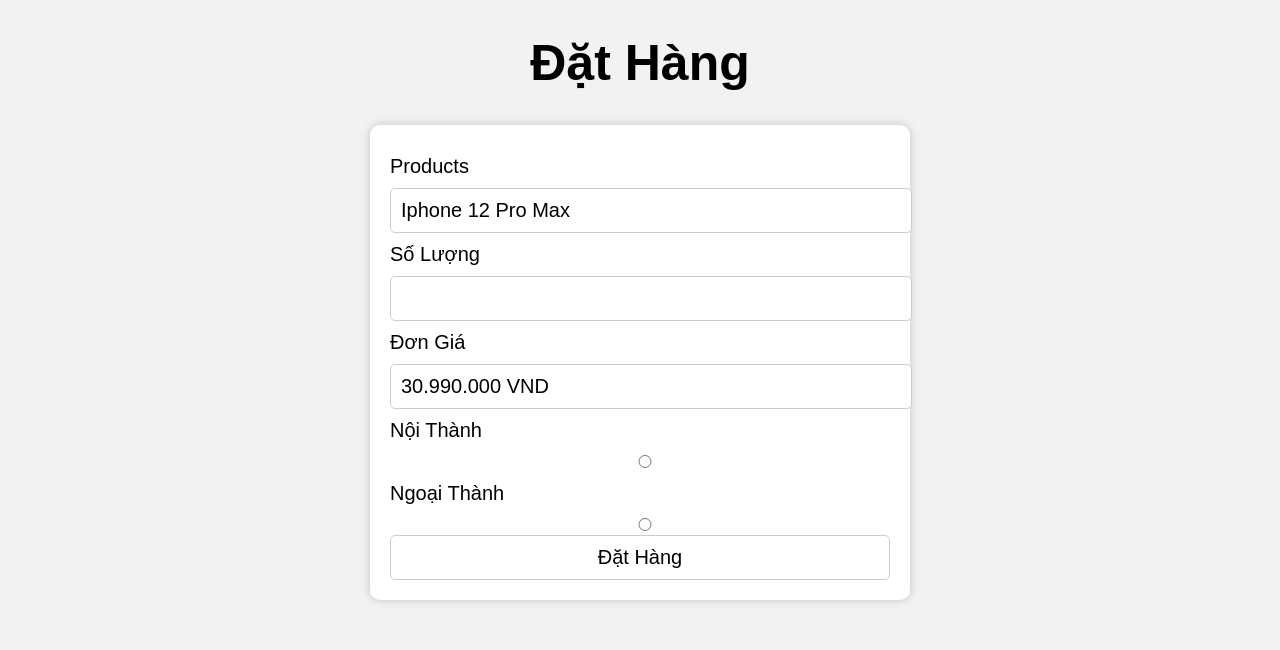
Repository: hisu87/WEB1043-JS
Page: Lab-Done-JS/Lab-7/html/Oder.html
The author's editor kept a copy of each file at every save. The page is drawn from the files as they stood at one save, then again after the next save.
The browser window is 1280 px wide. The pictures show the whole page.

Above is the page before, as saved 2023-04-08 13:09:49.

### Lab-Done-JS/Lab-7/html/Oder.html
<!DOCTYPE html>
<html lang="en">

<head>
    <meta charset="UTF-8">
    <meta http-equiv="X-UA-Compatible" content="IE=edge">
    <meta name="viewport" content="width=device-width, initial-scale=1.0">
    <title>Oder</title>
    <style>
        body {
            background-color: #f2f2f2;
        }

        h1 {
            text-align: center;
            color: #000;
            font-size: 50px;
            font-family: Arial, Helvetica, sans-serif;
        }

        form {
            width: 500px;
            margin: 0 auto;
            background-color: #fff;
            padding: 20px;
            border-radius: 10px;
            box-shadow: 0 0 10px 0 rgba(0, 0, 0, 0.2);
        }

        label {
            display: block;
            margin: 10px 0;
            font-size: 20px;
            font-family: Arial, Helvetica, sans-serif;
        }

        input {
            width: 100%;
            padding: 10px;
            border: 1px solid #ccc;
            border-radius: 5px;
            font-size: 20px;
            font-family: Arial, Helvetica, sans-serif;
        }

        button {
            width: 100%;
            padding: 10px;
            border: 1px solid #ccc;
            border-radius: 5px;
            font-size: 20px;
            font-family: Arial, Helvetica, sans-serif;
            background-color: #fff;
            cursor: pointer;
        }

        button:hover {
            background-color: #ccc;
        }

        select {

            padding: 10px;
            border: 1px solid #ccc;
            border-radius: 5px;
            font-size: 20px;
            font-family: Arial, Helvetica, sans-serif;
        }
        form > #round{
            display: inline-block;
        }
    </style>
</head>

<body>
    <h1>Đặt Hàng</h1>
    <form action="#">
        <label for="products">Products</label>
        <input type="text" name="products" id="products" value="Iphone 12 Pro Max">
        <label for="qty">Số Lượng</label>
        <input type="number" name="qty" id="qty">
        <label for="price">Đơn Giá</label>
        <input type="text" name="price" id="price" value="30.990.000 VND">
        <label for="dia_chi">Nội Thành</label>
        <input id="round" type="radio" name="dia_chi" onclick="hien_thi(false)" />
        <label for="">Ngoại Thành</label>
        <input id="round" type="radio" name="dia_chi" onclick="hien_thi(true)" />
        <div id="phi_vc" style="display: none">
            <label for="phi_vc">Phí Vận Chuyển</label>
            <input type="text" name="phi_vc" id="phi_vc" value="55.000 VND ">

        </div>
        <button type="submit" onclick="validateForm()">Đặt Hàng</button>


    </form>


    <script>

        function hien_thi(visible) {
            var phi_vc = document.getElementById("phi_vc");
            phi_vc.style.display = visible ? "" : "none";
        }

        // We can add a function to check if the user has entered data or not and display a message accordingly
        // We can also add labels to indicate where the user should enter the data
        // Here's an example implementation:

        function validateForm() {
            var product = document.getElementById("products").value;
            var storageAndRam = document.getElementById("storageandram").value;
            var color = document.getElementById("color").value;
            var diaChi = document.querySelector('input[name="dia_chi"]:checked');

            if (!product || !storageAndRam || !color || !diaChi) {
                alert("Vui lòng nhập đầy đủ thông tin");
                return false;
            }

            // We can also add a message to indicate where the user should enter the data
            // For example:
            if (!product) {
                alert("Vui lòng chọn sản phẩm");
                return false;
            }

            if (!storageAndRam) {
                alert("Vui lòng chọn dung lượng và RAM");
                return false;
            }

            if (!color) {
                alert("Vui lòng chọn màu sắc");
                return false;
            }

            if (!diaChi) {
                alert("Vui lòng chọn địa chỉ");
                return false;
            }

            // If all data is entered, we can submit the form
            return true;
        }



    </script>
</body>

</html>

After the next save:
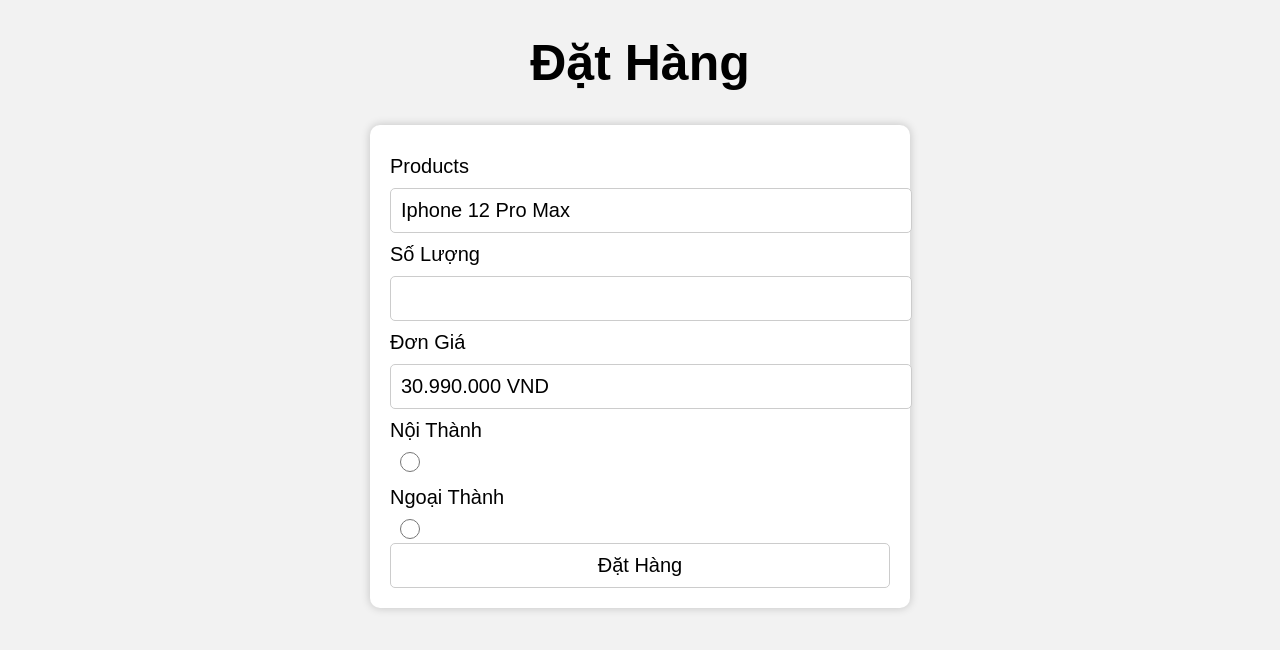
Saved 35 s later.
--- a/Lab-Done-JS/Lab-7/html/Oder.html
+++ b/Lab-Done-JS/Lab-7/html/Oder.html
@@ -59,15 +59,17 @@
         }
 
         select {
-
+            width: 100%;
             padding: 10px;
             border: 1px solid #ccc;
             border-radius: 5px;
             font-size: 20px;
             font-family: Arial, Helvetica, sans-serif;
         }
-        form > #round{
-            display: inline-block;
+        input[type="radio" i] {
+            width: 20px;
+            height: 20px;
+            margin: 0 10px;
         }
     </style>
 </head>
@@ -82,9 +84,9 @@
         <label for="price">Đơn Giá</label>
         <input type="text" name="price" id="price" value="30.990.000 VND">
         <label for="dia_chi">Nội Thành</label>
-        <input id="round" type="radio" name="dia_chi" onclick="hien_thi(false)" />
+        <input type="radio" name="dia_chi" onclick="hien_thi(false)" />
         <label for="">Ngoại Thành</label>
-        <input id="round" type="radio" name="dia_chi" onclick="hien_thi(true)" />
+        <input type="radio" name="dia_chi" onclick="hien_thi(true)" />
         <div id="phi_vc" style="display: none">
             <label for="phi_vc">Phí Vận Chuyển</label>
             <input type="text" name="phi_vc" id="phi_vc" value="55.000 VND ">
